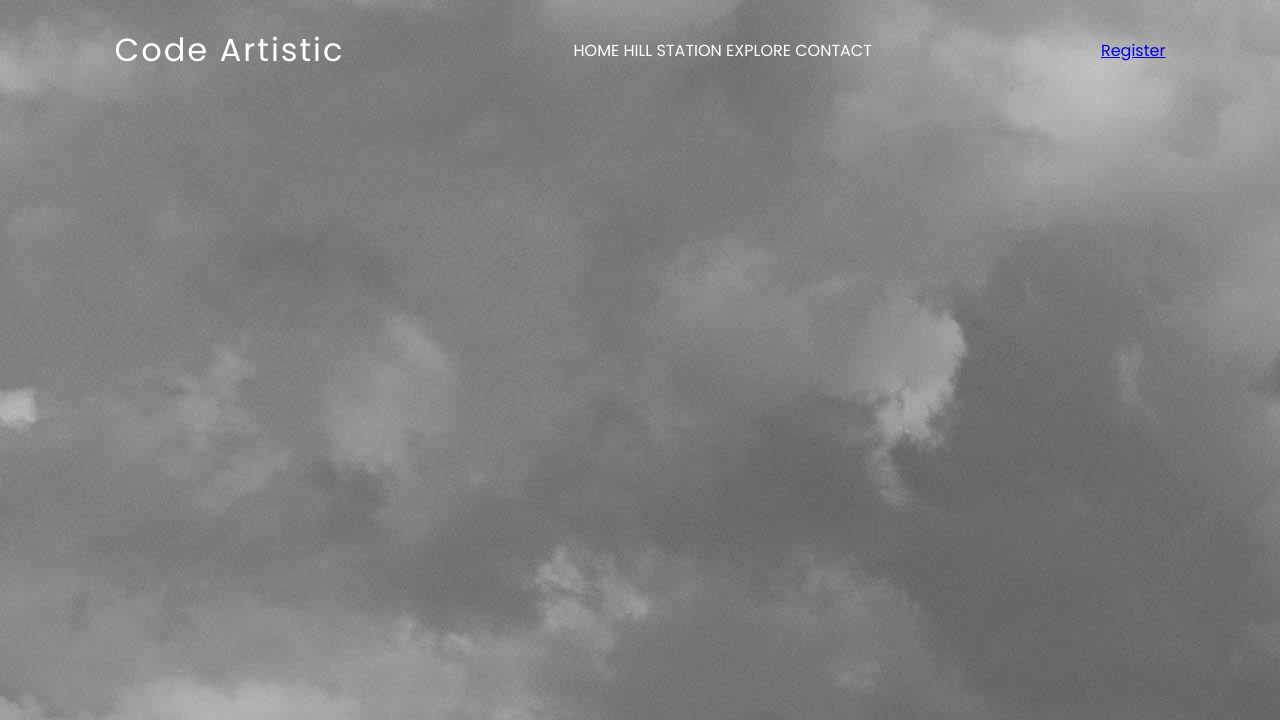
Repository: Ruxmary7/energy
Page: starter/index.html
These files come from the project's save history. The page is drawn as it stood at one moment and after the next save; the edit follows.
The browser window is 1280 px wide. The pictures show the whole page.

Above is the page before, as saved 2025-01-10 22:03:03.

After the next save:
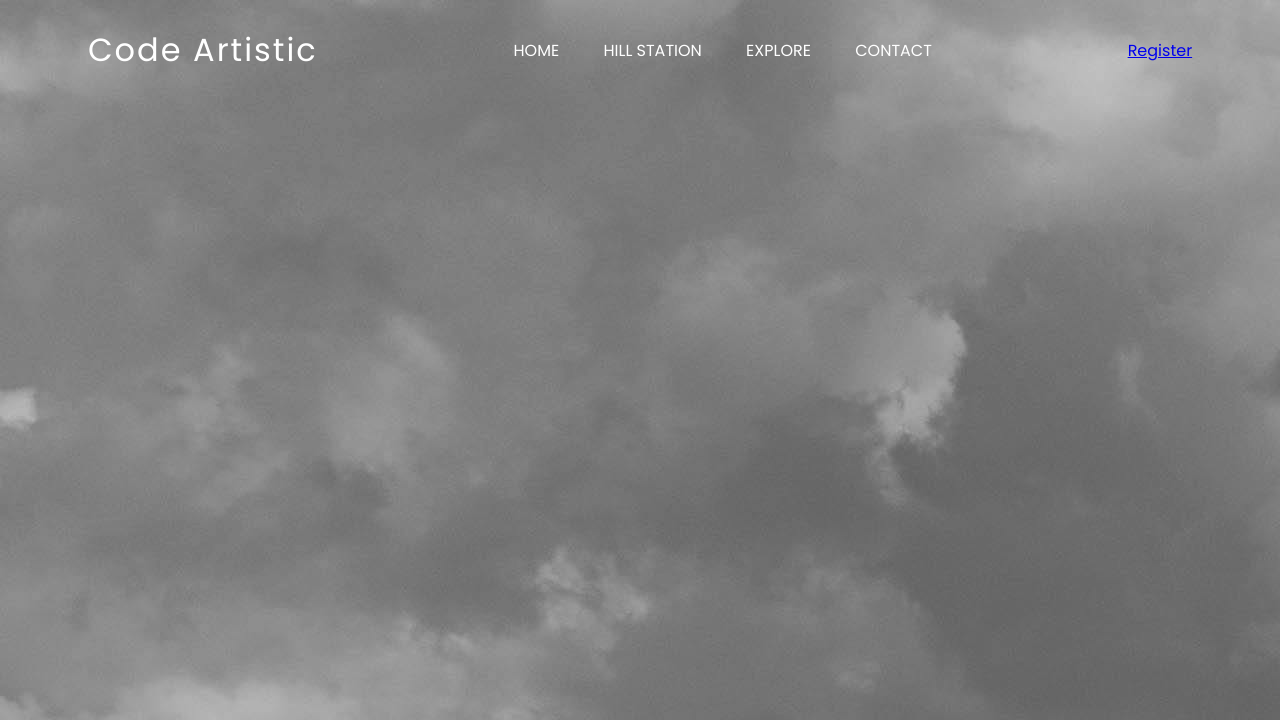
Saved 4 s later.
--- a/starter/style.css
+++ b/starter/style.css
@@ -28,7 +28,7 @@ letter-spacing: 2px;
  .menu a {
     text-decoration: none;
     color: #fff;
-    padding: 10 px 20px;
+    padding: 10px 20px;
     text-transform: uppercase;
  }
 }
